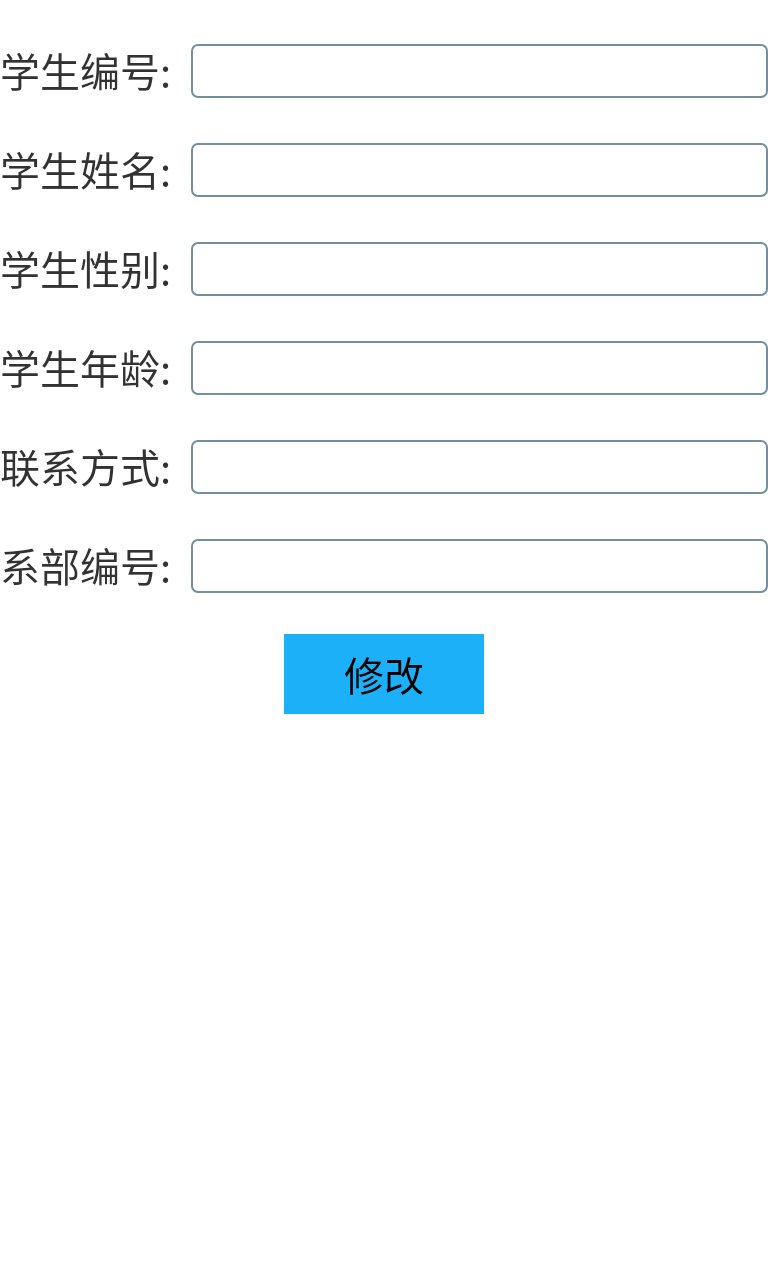
Repository: 15862175370/MyProject
Layout: 毕业设计系统源码_李伟/client/TeachSystem/res/layout/editstudent.xml
An editor plug-in stored every save of this project. The layout is shown before and after the next save, followed by the edit.
It is drawn on a 768 x 1280 px phone screen (xhdpi) without system bars, with theme AppTheme; the app's code is not run.

Above is the layout before, as saved 2016-05-21 10:32:29.

After the next save:
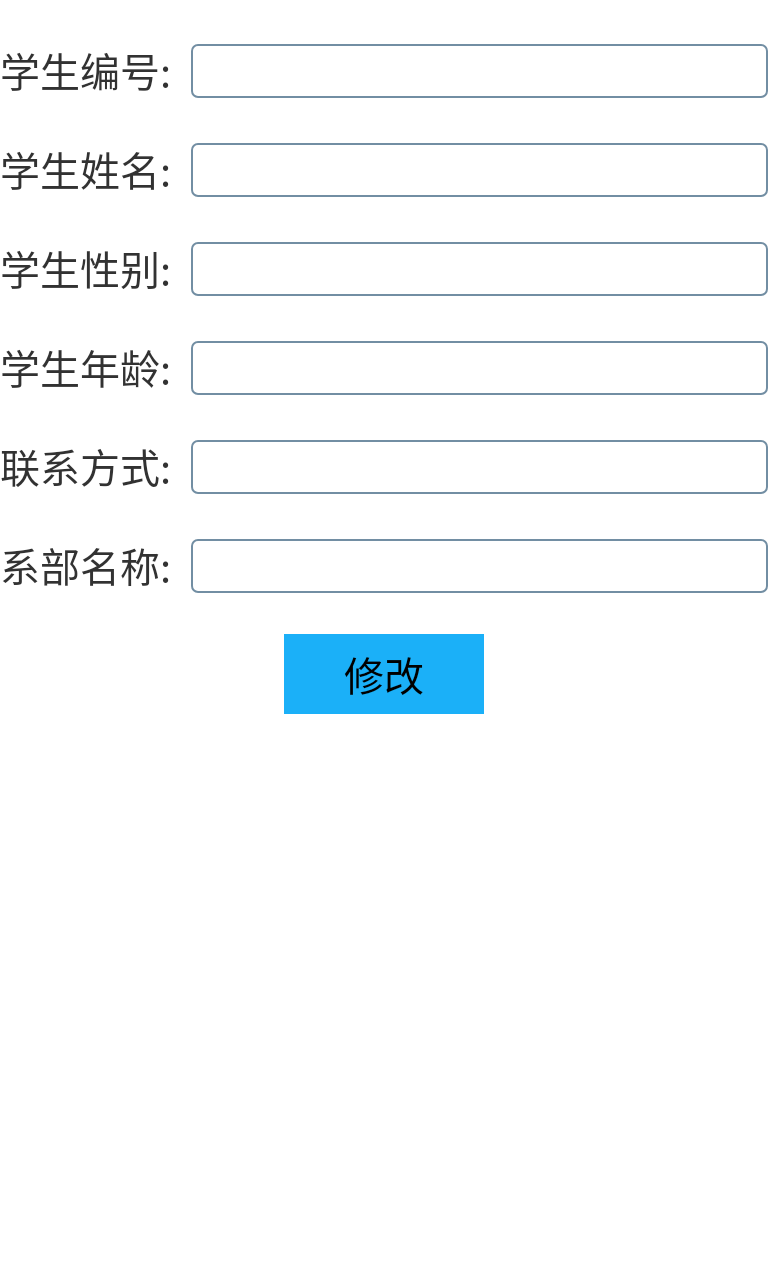
Saved 101 s later.
--- a/毕业设计系统源码_李伟/client/TeachSystem/res/layout/editstudent.xml
+++ b/毕业设计系统源码_李伟/client/TeachSystem/res/layout/editstudent.xml
@@ -143,7 +143,7 @@
          android:layout_width="wrap_content"
          android:layout_height="wrap_content"
          android:textSize="20dp"
-         android:text="系部编号:"/>
+         android:text="系部名称:"/>
         <EditText
               android:layout_marginLeft="10dp"
             android:id="@+id/mystudent_dno"
